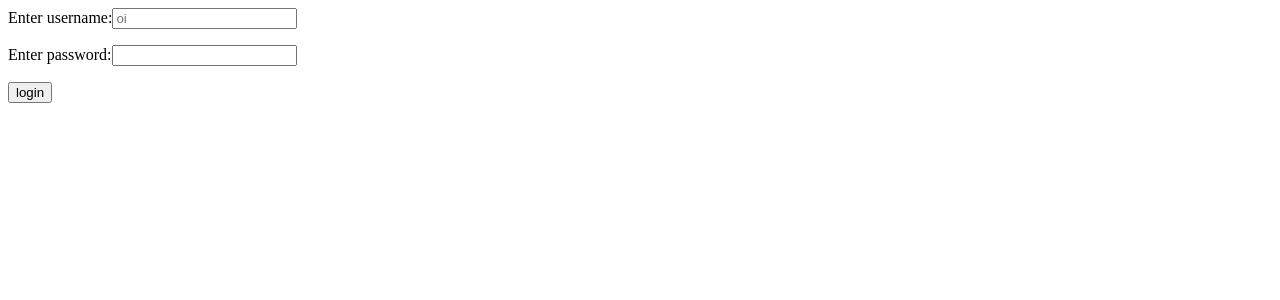
Repository: anik3395/JavaServletProjects
Page: http://localhost/LoginProject/aboutus.jsp
An editor plug-in stored every save of this project. The page is shown before and after the next save, followed by the edit.
The browser window is 1280 px wide. The pictures show the whole page.
The page is served by Tomcat 9.

Above is the page before, as saved 2024-10-21 17:13:01.

After the next save:
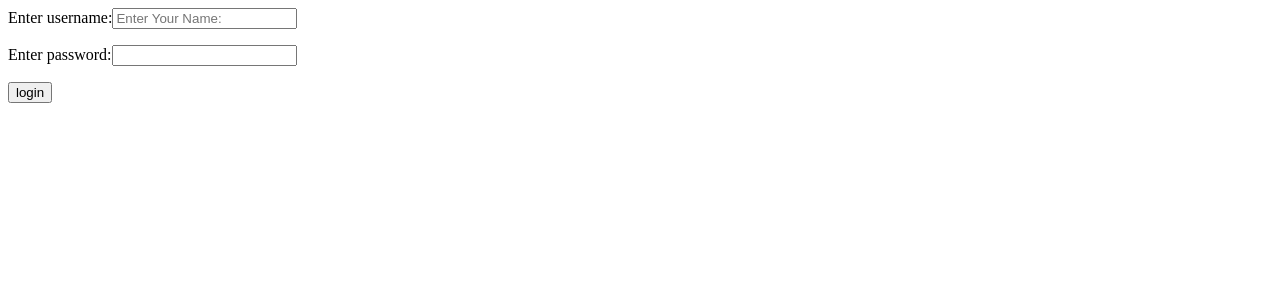
Saved 43 s later.
--- a/eclipse-workspace/LoginProject/src/main/webapp/aboutus.jsp
+++ b/eclipse-workspace/LoginProject/src/main/webapp/aboutus.jsp
@@ -8,7 +8,7 @@
 </head>
 <body>
 <form action="Login">
-Enter username:<input type = "text" name="uname" placeholder = "oi">
+Enter username:<input type = "text" name="uname" placeholder = "Enter Your Name:">
 <p></p>
 Enter password:<input type = "password" name="pass">
 <p></p>
